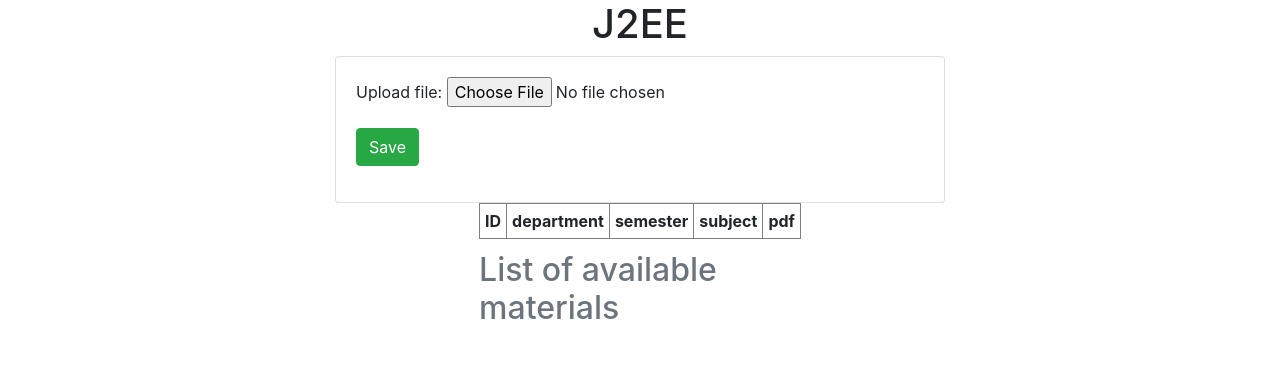
Repository: aishwaryan14/JavaProject
Page: http://localhost/StudentBuddy/
An editor plug-in stored every save of this project. The page is shown before and after the next save, followed by the edit.
The browser window is 1280 px wide. The pictures show the whole page.
The page is served by Tomcat 9. Other server files are loaded and not shown. Queries for data that is not in the repository find no rows.

Above is the page before, as saved 2020-04-24 18:08:41.

### FinalJava/StudentBuddy/WebContent/index.jsp
<%@ page language="java" contentType="text/html; charset=UTF-8"
    pageEncoding="UTF-8"%>
<%@ taglib uri="http://java.sun.com/jsp/jstl/core" prefix="c" %>
<%@ taglib uri="http://java.sun.com/jsp/jstl/sql" prefix="sql" %>
<!DOCTYPE html PUBLIC "-//W3C//DTD HTML 4.01 Transitional//EN"
    "http://www.w3.org/TR/html4/loose.dtd">
<html>
<head>
<meta http-equiv="Content-Type" content="text/html; charset=ISO-8859-1">
<title>J2EE</title>
<link
 href="https://stackpath.bootstrapcdn.com/bootstrap/4.3.1/css/bootstrap.min.css"
 rel="stylesheet"
 integrity="sha384-ggOyR0iXCbMQv3Xipma34MD+dH/1fQ784/j6cY/iJTQUOhcWr7x9JvoRxT2MZw1T"
 crossorigin="anonymous">
</head>
<body>

 <div class="container col-lg-6">
  <h1 class="text-center">J2EE</h1>
  <div class="card">
   <div class="card-body">
    <form method="post" class="form-group" action="Fileupload"
     enctype="multipart/form-data">
     <div class="form-group">
      <label for="uploaded file">Upload file:</label> <input
       type="file" name="file" size="50" />
     </div>
     <input type="submit" value="Save" class="btn btn-success">
    </form>
   </div>
  </div>
 </div>



 <sql:setDataSource
        var="myDS"
        driver="com.mysql.jdbc.Driver"
        url="jdbc:mysql://localhost:3306/java_demo"
        user="root" password="root"
    />

    <sql:query var="listUsers"   dataSource="${myDS}">
        SELECT * FROM final;
    </sql:query>

    <div align="center">
        <table border="1" cellpadding="5">
            <caption><h2>List of available materials</h2></caption>
            <tr>
                <th>ID</th>
                <th>department</th>
                <th>semester</th>
                <th>subject</th>
                <th>pdf</th>

            </tr>
            <c:forEach var="user" items="${listUsers.rows}">
                <tr>
                    <td><c:out value="${user.id}" /></td>
                    <td><c:out value="${user.department}" /></td>
                    <td><c:out value="${user.semester}" /></td>
                    <td><c:out value="${user.subject}" /></td>
                    <td><form action="FileReadPdf"> <input type="hidden" name="bookId" value="${user.id}" /><input type="submit" value = "download"></form></td>
                </tr>
            </c:forEach>
        </table>
    </div>



</body>
</html>

After the next save:
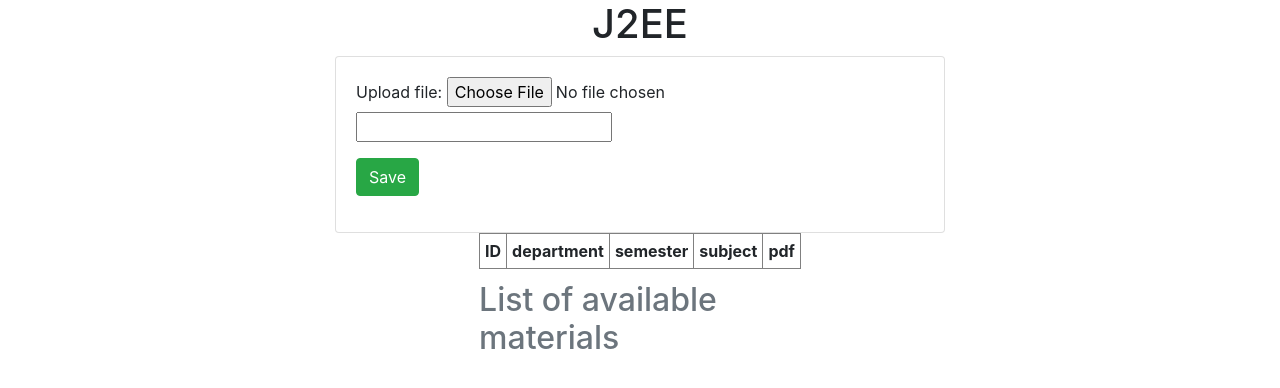
Saved 6 min 0 s later.
--- a/FinalJava/StudentBuddy/WebContent/index.jsp
+++ b/FinalJava/StudentBuddy/WebContent/index.jsp
@@ -23,9 +23,12 @@
     <form method="post" class="form-group" action="Fileupload"
      enctype="multipart/form-data">
      <div class="form-group">
-      <label for="uploaded file">Upload file:</label> <input
+      <label for="uploaded file">Upload file:</label>
+       <input
        type="file" name="file" size="50" />
+       <input type="text"/>
      </div>
+
      <input type="submit" value="Save" class="btn btn-success">
     </form>
    </div>
